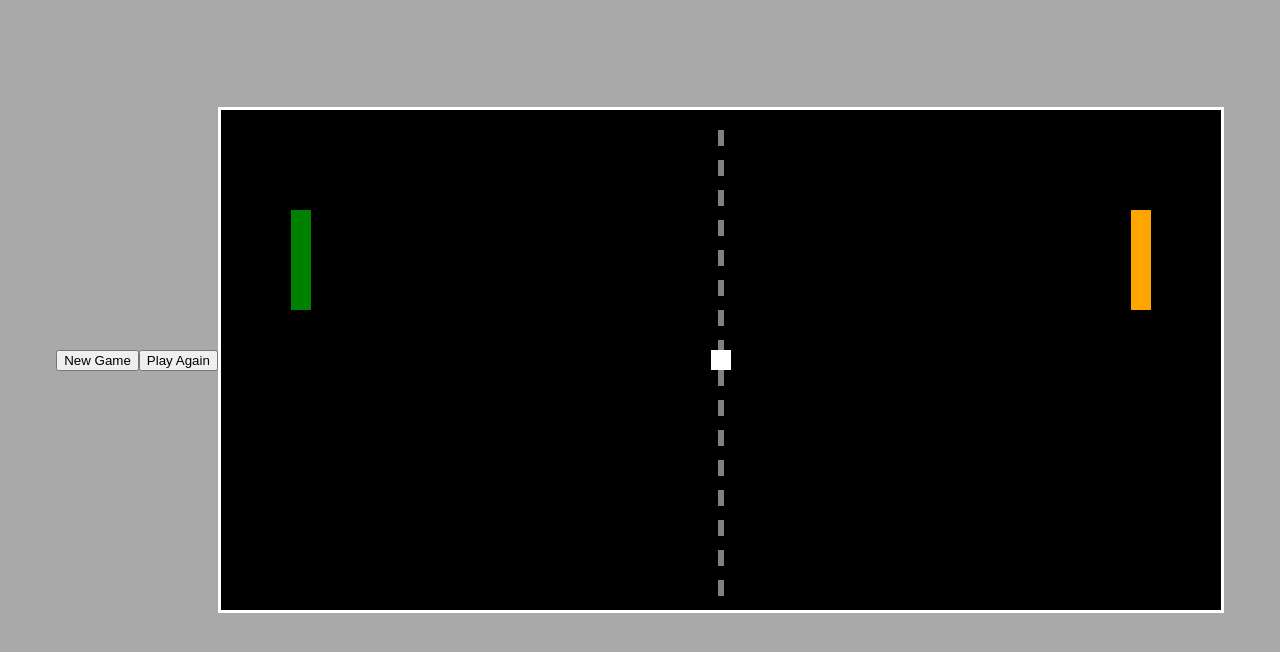
Repository: Dawid-Krasik/Ping-Pong.JS
Page: index.html
These files come from the project's save history. The page is drawn as it stood at one moment and after the next save; the edit follows.
The browser window is 1280 px wide. The pictures show the whole page.

Above is the page before, as saved 2019-09-24 18:19:39.

### index.html
<!DOCTYPE html>
<html lang="en">
<head>
    <meta charset="UTF-8">
    <meta name="viewport" content="width=device-width, initial-scale=1.0">
    <meta http-equiv="X-UA-Compatible" content="ie=edge">
    <script src="script.js" async></script>
    <link rel="stylesheet" type="text/css" href="style.css">
    <title>Game</title>
</head>
<body>
<button id="newGameButton">New Game</button>
<button id="playAgainButton">Play Again</button>
    <canvas>

    </canvas>

</body>
</html>

### script.js
/*
 * Pong Game
 *
 * made By Dawid .K
 *
 *
 */


// DOM documents and claim Varibles
const canvas = document.querySelector("canvas"),
      ctx = canvas.getContext("2d");
let newGameB = document.getElementById("newGameButton"),
    playAgainB = document.getElementById("playAgainButton");

    canvas.width = 1000;
    canvas.height = 500;

    // All Varibles

const cw = canvas.width;
const ch = canvas.height;

const ballSize = 20;
let ballX = cw / 2 - ballSize / 2
let ballY = ch / 2 - ballSize / 2

const paddelWidght = 20;
const paddelHeight = 100;

const playerX = 70;
const aiX = 910;

let playerY = 100;
let aiY = 100;

const lineWidth = 6;
const lineHeight = 16;

let ballSpeedX = 0;
let ballSpeedY = 0;

let playerPoints = 0;
let aiPoints = 0;

let gameStarted = false;
let gameOver = false;
let playerWon = false;

    //buttons

newGameB.addEventListener('click', function () {

    gameStarted = false;
    gameOver = false;
    playerWon = false;



newGameButton.style.display = 'none';


    ballSpeedX = 7;
    ballSpeedY = 0;
});





playAgainB.addEventListener('click', function () {
    endGame()
    newGameButton.style.display = 'inline';
});


    // Functions self descripting



    //player paddel
function player() {
    ctx.fillStyle = 'green';
    ctx.fillRect(playerX, playerY, paddelWidght, paddelHeight);
}
    // ai padeln
function ai() {
    ctx.fillStyle = 'orange';
    ctx.fillRect(aiX, aiY, paddelWidght, paddelHeight);
}
    // Ball parameters
function ball(){
    ctx.fillStyle = 'white';
    ctx.fillRect(ballX, ballY, ballSize, ballSize);

    //adding movement into the ball
    ballX = ballX + ballSpeedX;
    ballY = ballY + ballSpeedY;

        // setting movement in to the ball top or bottom
        if (ballY <= 0 || ballY + ballSize >= ch ){
          ballSpeedY = -ballSpeedY;
          speedUp()

            }
        // the ball turn back when hit the right or left border

        if (ballX <= 0 || ballX + ballSize >= cw) {
             ballSpeedX = -ballSpeedX;
             speedUp()

            }

}

function table(){
    ctx.fillStyle = 'black';
    ctx.fillRect(0,0, cw, ch);

        // stetting the table to half
        for (let linePosition = 20; linePosition < ch; linePosition +=30){
            ctx.fillStyle = 'gray'
            ctx.fillRect(cw / 2 - lineWidth / 2 , linePosition,
                         lineWidth, lineHeight)
        }
}

    //offset  space

topCanvas = canvas.offsetTop;
console.log(topCanvas)

    // function moving paddel

function playerPosition (e){

   // console.log("Mouse Position", + (e.clientY - topCanvas));
    playerY = e.clientY - topCanvas - paddelHeight / 2;

    // if paddelHeight hit bottom
    // the position is set to 400 and paddel do
    // not crose the table any more
    if (playerY >= ch - paddelHeight ){
        playerY = ch - paddelHeight;

    }
        // {if} the paddel dont crose top border
        if (playerY <= 0){
            playerY = 0;

        }


}
    // setting up speed after hiting borders X and Y
function speedUp(){
   // console.log(ballSpeedX +","+ ballSpeedY);

   // Speeding up X
    if (ballSpeedX > 0 && ballSpeedX < 16){
        ballSpeedX += 1;
    }
    else if (ballSpeedX < 0 && ballSpeedX > -16){
        ballSpeedX -= 1;
    }
    // Speeding up Y
    if (ballSpeedY > 0 && ballSpeedY < 16) {
        ballSpeedY += 1;
    }
    else if (ballSpeedY < 0 && ballSpeedY > -16) {
        ballSpeedY -= 1;
    }
}

    // AI

function aiPosition(){


    const middlePaddel = aiY + paddelHeight / 2;
    const middleBall = ballY + ballSize / 2;


    if (ballX > 500){
        if (middlePaddel - middleBall > 200){
          //  console.log("more then 200");
            aiY -= 15
        }
        else if (middlePaddel - middleBall > 50){
           // console.log("between 50 - 200");
            aiY -= 5
        }
            if (middlePaddel - middleBall < -200){
                //console.log("more then -200");
                aiY += 15
            }
            else if (middlePaddel - middleBall < -50){
          //      console.log("between -50 to - 200");
                aiY += 5
            }
    }
    else if (ballX <= 500 && ballX > 150){
        if (middlePaddel - middleBall > 100){
            aiY -= 3
        }
            else if (middlePaddel - middleBall < -100){
                aiY += 3
            }
    }
}

    // funciont adding score
function score (){


    if (ballX <= 15 && aiPoints < 10) {
        aiPoints += 1;
        ballX = cw / 2 - ballSize / 2
        console.log(aiPoints + " " + "Punkty AI ");

    }

    if (ballX >= 965 && playerPoints < 10) {
        playerPoints += 1;
        ballX = cw / 2 - ballSize / 2
        console.log(playerPoints + " " + "Punkty gracza");

    }

  //  console.log ("za pentlą punkt dla ai" + "" + playerPoints);
}
    // funcion reseting the game

function endGame (){

    ballX = cw / 2 - ballSize / 2
    ballY = ch / 2 - ballSize / 2
    ballSpeedX = 0;
    ballSpeedY = 0;
    playerPoints = 0;
    aiPoints = 0;
    newGameButton.style.display = 'inline';
}
function checkForEnd(){
    if (playerPoints >= 10){
        console.log ("Player Won");
        endGame()
    }
    if (aiPoints >= 10) {
        console.log("Computer Won");
        endGame()
    }
}



canvas.addEventListener("mousemove", playerPosition)

function game (){
table()
ball()
player()
ai()
aiPosition()
score()
checkForEnd()
}

setInterval(game,1000 / 60)

### style.css
body {
    margin:0;
    padding: 0;
    display:flex;
    align-items: center;
    justify-content: center;
    height: 100vh;
    background-color: darkgray;

}
canvas{
   border: 3px solid white;
  /*  */
}

After the next save:
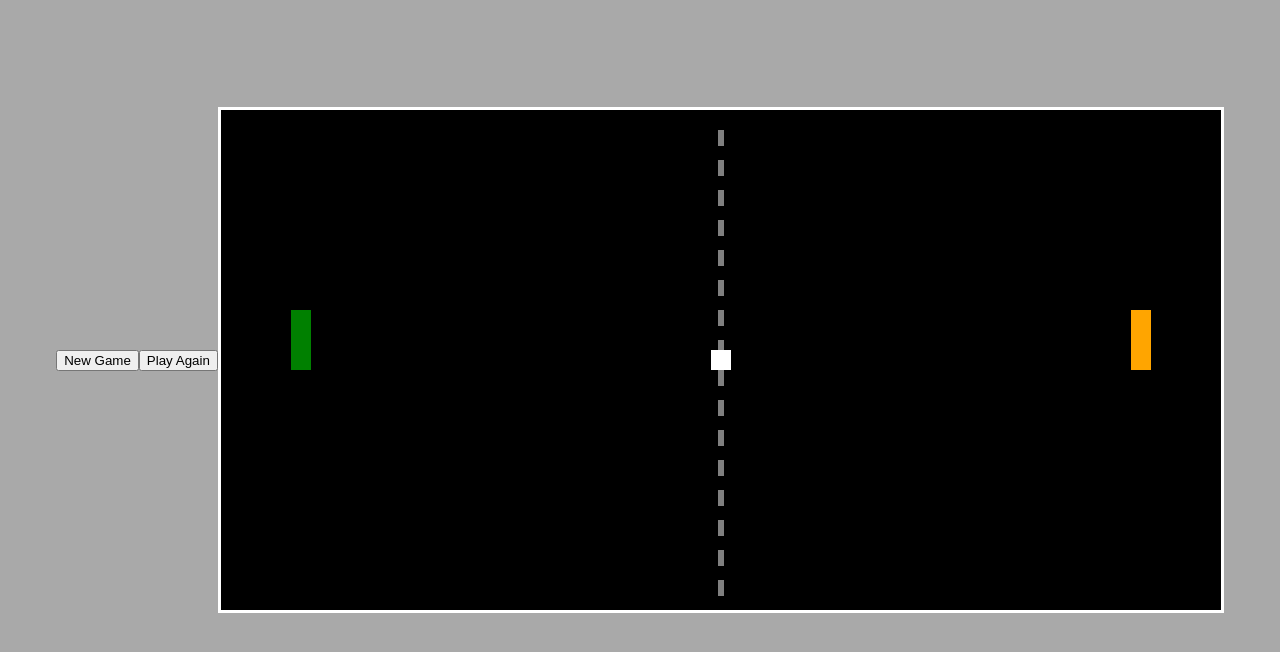
Saved 49 s later.
--- a/script.js
+++ b/script.js
@@ -26,13 +26,13 @@
 let ballY = ch / 2 - ballSize / 2
 
 const paddelWidght = 20;
-const paddelHeight = 100;
+const paddelHeight = 60;
 
 const playerX = 70;
 const aiX = 910;
 
-let playerY = 100;
-let aiY = 100;
+let playerY = 200;
+let aiY = 200;
 
 const lineWidth = 6;
 const lineHeight = 16;
